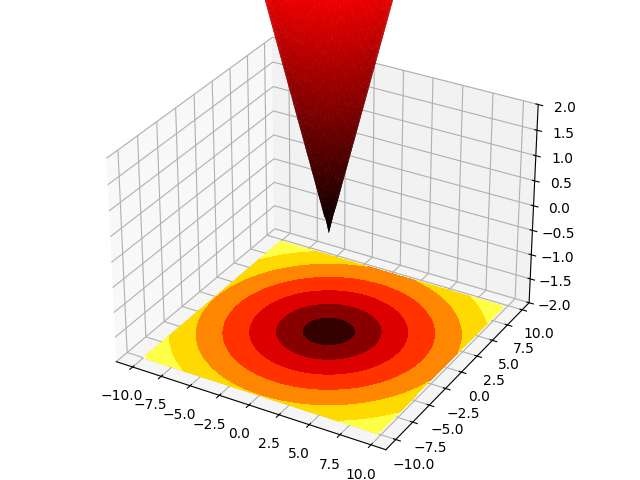
Repository: Jaamunozr/Archivos-python
Script's output: python Archivos Python/Graficas/3d.py
The author's editor kept a copy of each file at every save. The script's output is drawn from the files as they stood at one save, then again after the next save.
Random numbers start from a fixed seed.

Above is the script's output before, as saved 2020-02-18 21:36:19.

### Archivos Python/Graficas/3d.py
import pylab as pl
import numpy as np
from mpl_toolkits.mplot3d import Axes3D

fig = pl.figure()
ax = Axes3D(fig)
X = np.arange(-10, 10, 0.25)
Y = np.arange(-10, 10, 0.25)
X, Y = np.meshgrid(X, Y)
R = np.sqrt(X ** 2 + Y ** 2)
Z = R

ax.plot_surface(X, Y, Z, rstride=1, cstride=1, cmap=pl.cm.hot)
ax.contourf(X, Y, Z, zdir='z', offset=-2, cmap=pl.cm.hot)
ax.set_zlim(-2, 2)

pl.show()

After the next save:
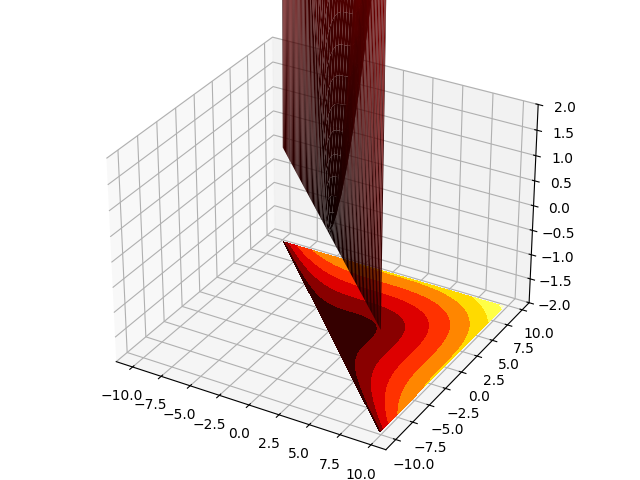
Saved 63 s later.
--- a/Archivos Python/Graficas/3d.py
+++ b/Archivos Python/Graficas/3d.py
@@ -7,8 +7,8 @@ ax = Axes3D(fig)
 X = np.arange(-10, 10, 0.25)
 Y = np.arange(-10, 10, 0.25)
 X, Y = np.meshgrid(X, Y)
-R = np.sqrt(X ** 2 + Y ** 2)
-Z = R
+Z = np.sqrt(X ** 3 + Y ** 3)
+
 
 ax.plot_surface(X, Y, Z, rstride=1, cstride=1, cmap=pl.cm.hot)
 ax.contourf(X, Y, Z, zdir='z', offset=-2, cmap=pl.cm.hot)
